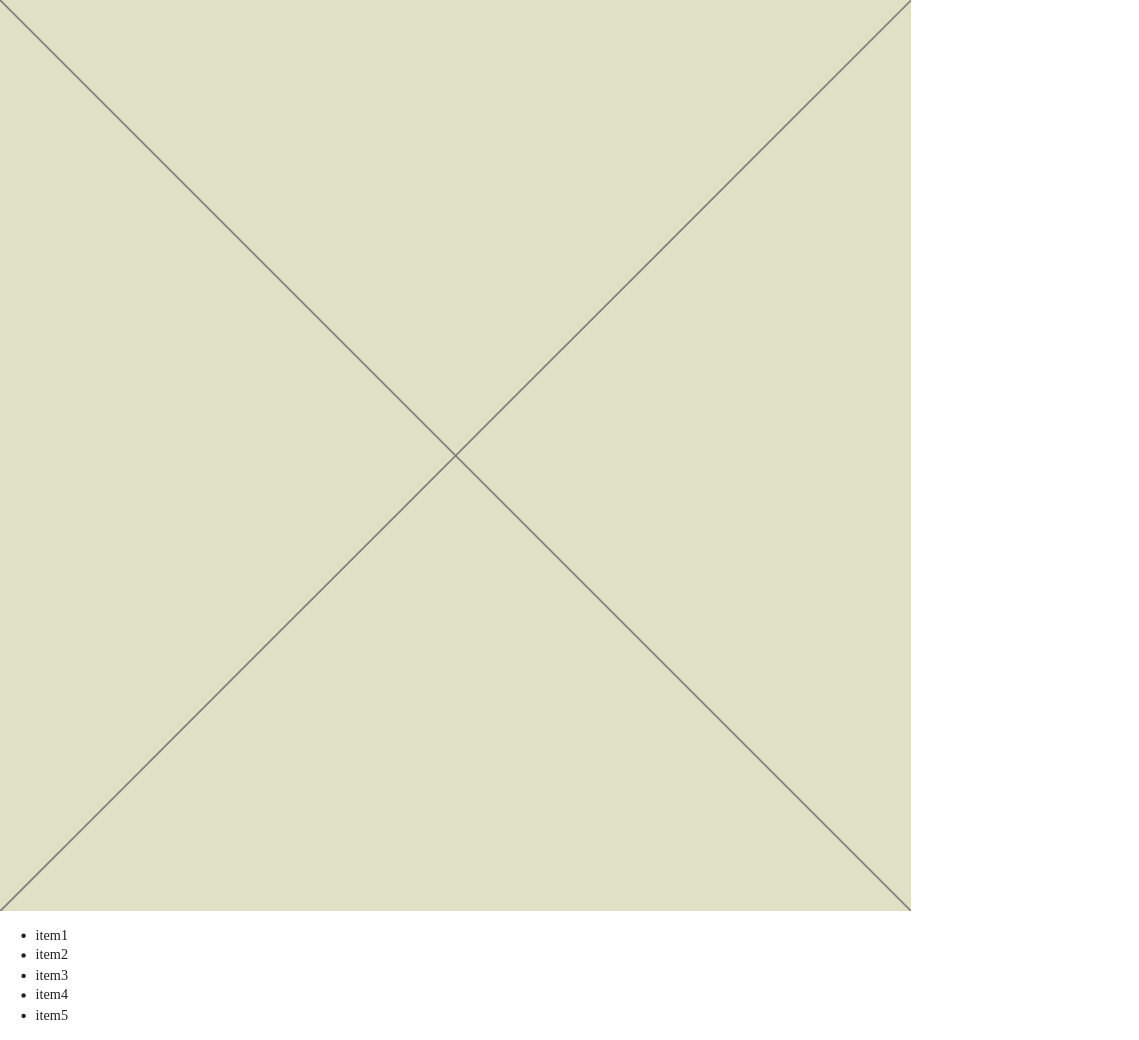
Repository: leahma1208/MDIA2003_Project1
Page: index.html
An editor plug-in stored every save of this project. The page is shown before and after the next save, followed by the edit.
The browser window is 1280 px wide. The pictures show the whole page, at 89% of full size.

Above is the page before, as saved 2021-01-22 19:37:47.

### index.html
<!doctype html>
<html class="no-js" lang="">

<head>
  <meta charset="utf-8">
  <title>Leah|Lab03</title>
  <meta name="viewport" content="width=device-width, initial-scale=1">


  <link rel="manifest" href="site.webmanifest">
  <link rel="apple-touch-icon" href="icon.png">
  <!-- Place favicon.ico in the root directory -->

  <link rel="stylesheet" href="css/normalize.css">
  <link rel="stylesheet" href="css/main.css">


</head>

<body>

  <!-- Add your site or application content here -->
  <header>
    <div class="logo">
      <img src="img/placeholder.svg" alt="logo">
    </div>

    <nav>
      <ul>
        <li class="nav_items">item1</li>
        <li class="nav_items">item2</li>
        <li class="nav_items">item3</li>
        <li class="nav_items">item4</li>
        <li class="nav_items">item5</li>
      </ul>
    </nav>
  </header>







  <script src="js/vendor/modernizr-3.11.2.min.js"></script>
  <script src="js/plugins.js"></script>
  <script src="js/main.js"></script>

  <!-- Google Analytics: change UA-XXXXX-Y to be your site's ID. -->
  <script>
    window.ga = function () { ga.q.push(arguments) }; ga.q = []; ga.l = +new Date;
    ga('create', 'UA-XXXXX-Y', 'auto'); ga('set', 'anonymizeIp', true); ga('set', 'transport', 'beacon'); ga('send', 'pageview')
  </script>
  <script src="https://www.google-analytics.com/analytics.js" async></script>
</body>

</html>

### css/main.css
/*! HTML5 Boilerplate v8.0.0 | MIT License | https://html5boilerplate.com/ */

/* main.css 2.1.0 | MIT License | https://github.com/h5bp/main.css#readme */
/*
 * What follows is the result of much research on cross-browser styling.
 * Credit left inline and big thanks to Nicolas Gallagher, Jonathan Neal,
 * Kroc Camen, and the H5BP dev community and team.
 */

/* ==========================================================================
   Base styles: opinionated defaults
   ========================================================================== */

html {
  color: #222;
  font-size: 1em;
  line-height: 1.4;
}

/*
 * Remove text-shadow in selection highlight:
 * https://twitter.com/miketaylr/status/12228805301
 *
 * Vendor-prefixed and regular ::selection selectors cannot be combined:
 * https://stackoverflow.com/a/16982510/7133471
 *
 * Customize the background color to match your design.
 */

::-moz-selection {
  background: #b3d4fc;
  text-shadow: none;
}

::selection {
  background: #b3d4fc;
  text-shadow: none;
}

/*
 * A better looking default horizontal rule
 */

hr {
  display: block;
  height: 1px;
  border: 0;
  border-top: 1px solid #ccc;
  margin: 1em 0;
  padding: 0;
}

/*
 * Remove the gap between audio, canvas, iframes,
 * images, videos and the bottom of their containers:
 * https://github.com/h5bp/html5-boilerplate/issues/440
 */

audio,
canvas,
iframe,
img,
svg,
video {
  vertical-align: middle;
}

/*
 * Remove default fieldset styles.
 */

fieldset {
  border: 0;
  margin: 0;
  padding: 0;
}

/*
 * Allow only vertical resizing of textareas.
 */

textarea {
  resize: vertical;
}

/* ==========================================================================
   Author's custom styles
   ========================================================================== */

/* ==========================================================================
   Helper classes
   ========================================================================== */

/*
 * Hide visually and from screen readers
 */

.hidden,
[hidden] {
  display: none !important;
}

/*
 * Hide only visually, but have it available for screen readers:
 * https://snook.ca/archives/html_and_css/hiding-content-for-accessibility
 *
 * 1. For long content, line feeds are not interpreted as spaces and small width
 *    causes content to wrap 1 word per line:
 *    https://medium.com/@jessebeach/beware-smushed-off-screen-accessible-text-5952a4c2cbfe
 */

.sr-only {
  border: 0;
  clip: rect(0, 0, 0, 0);
  height: 1px;
  margin: -1px;
  overflow: hidden;
  padding: 0;
  position: absolute;
  white-space: nowrap;
  width: 1px;
  /* 1 */
}

/*
 * Extends the .sr-only class to allow the element
 * to be focusable when navigated to via the keyboard:
 * https://www.drupal.org/node/897638
 */

.sr-only.focusable:active,
.sr-only.focusable:focus {
  clip: auto;
  height: auto;
  margin: 0;
  overflow: visible;
  position: static;
  white-space: inherit;
  width: auto;
}

/*
 * Hide visually and from screen readers, but maintain layout
 */

.invisible {
  visibility: hidden;
}

/*
 * Clearfix: contain floats
 *
 * For modern browsers
 * 1. The space content is one way to avoid an Opera bug when the
 *    `contenteditable` attribute is included anywhere else in the document.
 *    Otherwise it causes space to appear at the top and bottom of elements
 *    that receive the `clearfix` class.
 * 2. The use of `table` rather than `block` is only necessary if using
 *    `:before` to contain the top-margins of child elements.
 */

.clearfix::before,
.clearfix::after {
  content: " ";
  display: table;
}

.clearfix::after {
  clear: both;
}

/* ==========================================================================
   EXAMPLE Media Queries for Responsive Design.
   These examples override the primary ('mobile first') styles.
   Modify as content requires.
   ========================================================================== */

@media only screen and (min-width: 35em) {
  /* Style adjustments for viewports that meet the condition */
}

@media print,
  (-webkit-min-device-pixel-ratio: 1.25),
  (min-resolution: 1.25dppx),
  (min-resolution: 120dpi) {
  /* Style adjustments for high resolution devices */
}

/* ==========================================================================
   Print styles.
   Inlined to avoid the additional HTTP request:
   https://www.phpied.com/delay-loading-your-print-css/
   ========================================================================== */

@media print {
  *,
  *::before,
  *::after {
    background: #fff !important;
    color: #000 !important;
    /* Black prints faster */
    box-shadow: none !important;
    text-shadow: none !important;
  }

  a,
  a:visited {
    text-decoration: underline;
  }

  a[href]::after {
    content: " (" attr(href) ")";
  }

  abbr[title]::after {
    content: " (" attr(title) ")";
  }

  /*
   * Don't show links that are fragment identifiers,
   * or use the `javascript:` pseudo protocol
   */
  a[href^="#"]::after,
  a[href^="javascript:"]::after {
    content: "";
  }

  pre {
    white-space: pre-wrap !important;
  }

  pre,
  blockquote {
    border: 1px solid #999;
    page-break-inside: avoid;
  }

  /*
   * Printing Tables:
   * https://web.archive.org/web/20180815150934/http://css-discuss.incutio.com/wiki/Printing_Tables
   */
  thead {
    display: table-header-group;
  }

  tr,
  img {
    page-break-inside: avoid;
  }

  p,
  h2,
  h3 {
    orphans: 3;
    widows: 3;
  }

  h2,
  h3 {
    page-break-after: avoid;
  }
}

### js/plugins.js
// Avoid `console` errors in browsers that lack a console.
(function() {
  var method;
  var noop = function () {};
  var methods = [
    'assert', 'clear', 'count', 'debug', 'dir', 'dirxml', 'error',
    'exception', 'group', 'groupCollapsed', 'groupEnd', 'info', 'log',
    'markTimeline', 'profile', 'profileEnd', 'table', 'time', 'timeEnd',
    'timeline', 'timelineEnd', 'timeStamp', 'trace', 'warn'
  ];
  var length = methods.length;
  var console = (window.console = window.console || {});

  while (length--) {
    method = methods[length];

    // Only stub undefined methods.
    if (!console[method]) {
      console[method] = noop;
    }
  }
}());

// Place any jQuery/helper plugins in here.

Loaded but not shown: css/normalize.css (library); js/vendor/modernizr-3.11.2.min.js (library); js/main.js (no stored copy; drawn as an empty file)

After the next save:
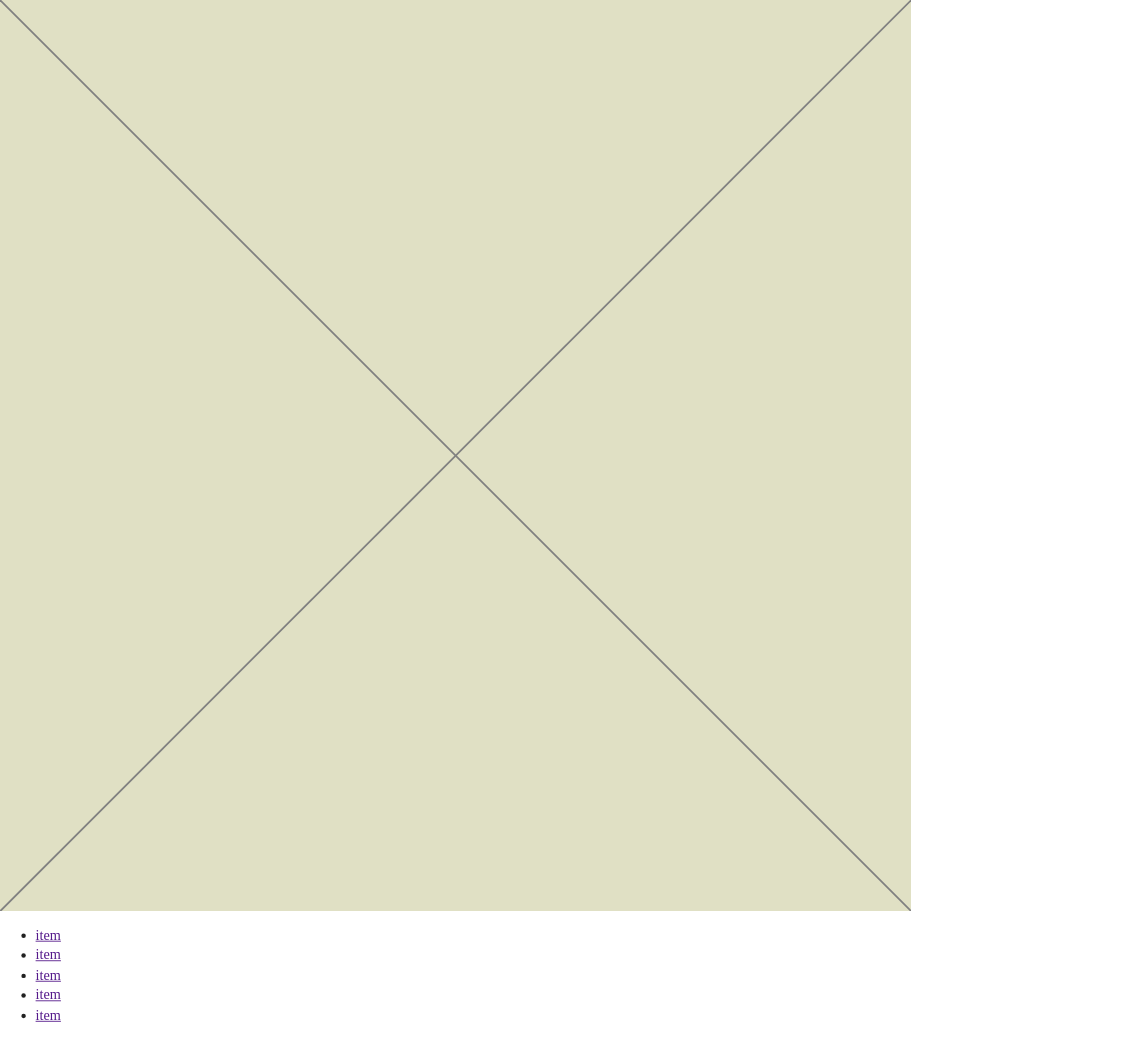
Saved 105 s later.
--- a/index.html
+++ b/index.html
@@ -27,11 +27,11 @@
 
     <nav>
       <ul>
-        <li class="nav_items">item1</li>
-        <li class="nav_items">item2</li>
-        <li class="nav_items">item3</li>
-        <li class="nav_items">item4</li>
-        <li class="nav_items">item5</li>
+        <li class="nav_items"><a href="" class="">item</a></li>
+        <li class="nav_items"><a href="" class="">item</a></li>
+        <li class="nav_items"><a href="" class="">item</a></li>
+        <li class="nav_items"><a href="" class="">item</a></li>
+        <li class="nav_items"><a href="" class="">item</a></li>
       </ul>
     </nav>
   </header>
